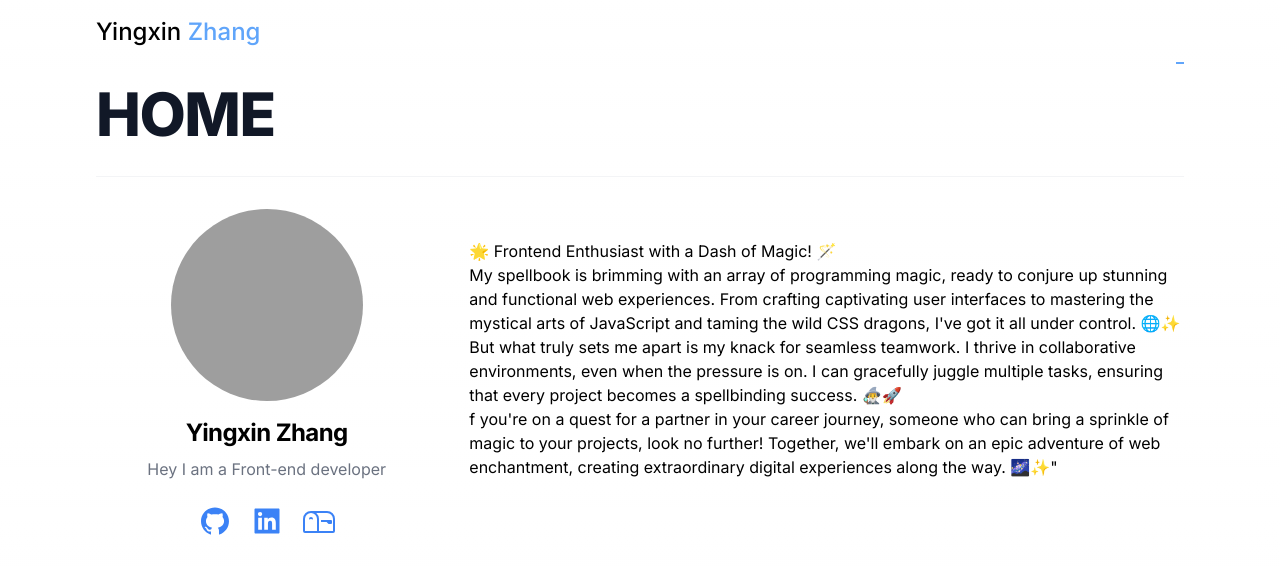
Repository: Tracy-maker/projects_collection
Page: /
The author's editor kept a copy of each file at every save. The page is drawn from the files as they stood at one save, then again after the next save.
The browser window is 1280 px wide. The pictures show the whole page.
Pictures or frames that could not be fetched are drawn as grey boxes. The project was rebuilt for these pictures with package versions that can differ from the ones it lists, and the page was loaded fresh each time. The framework's server and built-in components were replaced by stand-ins that run in the browser. Also part of the build but not shown: next.config.js.

Above is the page before, as saved 2023-09-14 18:46:13.

### app/layout.tsx
import "./globals.css";
import type { Metadata } from "next";
import { Inter } from "next/font/google";
import Navbar from "./components/NavBar";

const inter = Inter({ subsets: ["latin"] });

export const metadata: Metadata = {
  title: "Create Next App",
  description: "Generated by create next app",
};

export default function RootLayout({
  children,
}: {
  children: React.ReactNode;
}) {
  return (
    <html lang="en">
      <body
        className={`${inter.className} bg-white text-black dark:bg-[#090908] dark:text-white h-full selection:bg-gray-500 dark:selection:bg-gray-800`}
      >
        <Navbar />
        <main className="max-w-6xl mx-auto px-6 sm:px-8 lg:px-8">
          {children}
        </main>
      </body>
    </html>
  );
}

### app/page.tsx
import Image from "next/image";
import myImage from "../utils/1.JPG";

export default function Home() {
  return (
    <div className="divide-y divide-gray-100 dark:divide-gray-700">
      <div className="space-y-2 pt-5 pb-8 md:space-x-5">
        <h1 className="text-3xl font-extrabold leading-9 tracking-tight text-gray-900 dark:text-gray-100 sm:text-4xl sm:leading-10 md:text-6xl md:leading-13">
          HOME
        </h1>
      </div>
      <div className="items-center space-y-2 xl:grid xl:grid-cols-3 xl:gap-x-8 xl:space-y-0">
        <div className="flex flex-col items-center pt-8">
          <Image
            alt="picture of my"
            src={myImage}
            width={1260}
            height={750}
            className="h-48 w-48 rounded-full object-cover object-top"
          />
          <h3 className="pt-4 pb-2 text-2xl font-bold leading-8 tracking-tight">
            Yingxin Zhang
          </h3>
          <p className="text-gray-500 dark:text-gray-300 text-center">
            Hey I am a Front-end developer
          </p>
          <div className="flex space-x-5 pt-6">
            <a href="" target="_blank">
              <svg
                viewBox="0 0 1024 1024"
                fill="currentColor"
                className="w-8 h-8 text-blue-500"
              >
                <path d="M511.6 76.3C264.3 76.2 64 276.4 64 523.5 64 718.9 189.3 885 363.8 946c23.5 5.9 19.9-10.8 19.9-22.2v-77.5c-135.7 15.9-141.2-73.9-150.3-88.9C215 726 171.5 718 184.5 703c30.9-15.9 62.4 4 98.9 57.9 26.4 39.1 77.9 32.5 104 26 5.7-23.5 17.9-44.5 34.7-60.8-140.6-25.2-199.2-111-199.2-213 0-49.5 16.3-95 48.3-131.7-20.4-60.5 1.9-112.3 4.9-120 58.1-5.2 118.5 41.6 123.2 45.3 33-8.9 70.7-13.6 112.9-13.6 42.4 0 80.2 4.9 113.5 13.9 11.3-8.6 67.3-48.8 121.3-43.9 2.9 7.7 24.7 58.3 5.5 118 32.4 36.8 48.9 82.7 48.9 132.3 0 102.2-59 188.1-200 212.9a127.5 127.5 0 0138.1 91v112.5c.8 9 0 17.9 15 17.9 177.1-59.7 304.6-227 304.6-424.1 0-247.2-200.4-447.3-447.5-447.3z" />
              </svg>
            </a>
            <a href="" target="_blank">
              <svg
                viewBox="0 0 1024 1024"
                fill="currentColor"
                className="w-8 h-8 text-blue-500"
              >
                <path d="M880 112H144c-17.7 0-32 14.3-32 32v736c0 17.7 14.3 32 32 32h736c17.7 0 32-14.3 32-32V144c0-17.7-14.3-32-32-32zM349.3 793.7H230.6V411.9h118.7v381.8zm-59.3-434a68.8 68.8 0 1168.8-68.8c-.1 38-30.9 68.8-68.8 68.8zm503.7 434H675.1V608c0-44.3-.8-101.2-61.7-101.2-61.7 0-71.2 48.2-71.2 98v188.9H423.7V411.9h113.8v52.2h1.6c15.8-30 54.5-61.7 112.3-61.7 120.2 0 142.3 79.1 142.3 181.9v209.4z" />
              </svg>
            </a>

            <a href="" target="_blank">
              <svg
                fill="currentColor"
                viewBox="0 0 16 16"
                className="w-8 h-8 text-blue-500"
              >
                <path d="M4 4a3 3 0 00-3 3v6h6V7a3 3 0 00-3-3zm0-1h8a4 4 0 014 4v6a1 1 0 01-1 1H1a1 1 0 01-1-1V7a4 4 0 014-4zm2.646 1A3.99 3.99 0 018 7v6h7V7a3 3 0 00-3-3H6.646z" />
                <path d="M11.793 8.5H9v-1h5a.5.5 0 01.5.5v1a.5.5 0 01-.5.5h-1a.5.5 0 01-.354-.146l-.853-.854zM5 7c0 .552-.448 0-1 0s-1 .552-1 0a1 1 0 012 0z" />
              </svg>
            </a>
          </div>
        </div>
        <div className="prose max-w-none prose-lg pt-8 pb-7 dark:prose-invert xl:col-span-2">
          <p>🌟 Frontend Enthusiast with a Dash of Magic! 🪄</p>
          <p>
            My spellbook is brimming with an array of programming magic, ready
            to conjure up stunning and functional web experiences. From crafting
            captivating user interfaces to mastering the mystical arts of
            JavaScript and taming the wild CSS dragons, I've got it all under
            control. 🌐✨
          </p>
          <p>
            But what truly sets me apart is my knack for seamless teamwork. I
            thrive in collaborative environments, even when the pressure is on.
            I can gracefully juggle multiple tasks, ensuring that every project
            becomes a spellbinding success. 🧙‍♂️🚀
          </p>
          <p>
            f you're on a quest for a partner in your career journey, someone
            who can bring a sprinkle of magic to your projects, look no further!
            Together, we'll embark on an epic adventure of web enchantment,
            creating extraordinary digital experiences along the way. 🌌✨"
          </p>
        </div>
      </div>
    </div>
  );
}

### app/components/NavBar.tsx
"use client";

import Link from "next/link";
import { usePathname } from "next/navigation";

export default function Navbar() {
  let pathname = usePathname() || "/";
  return (
    <div className="max-w-6xl mx-auto px-4 sm:px-6 lg:px-8">
      <div className="flex justify-between h-16">
        <div className="flex justify-between w-full">
          <div className="flex items-center">
            <Link href="/">
              <h1 className="text-2xl font-medium">
                Yingxin <span className="text-blue-400">Zhang</span>
              </h1>
            </Link>
          </div>

          <div className="hidden sm:ml-6 sm:flex sm:space-x-8 sm:items-center">
            <Link
              href="/"
              prefetch
              className={`${
                pathname === "/"
                  ? "border-blue-400 dark:text-white h-full inline-flex items-center px-1 pt-1 border-b-2 text-sm font-medium"
                  : "border-transparent text-gray-500 dark:text-gray-300 dark:hover:text-white inline-flex items-center px-1 pt-1 border-b-2 text-sm font-medium"
              }`}
            ></Link>
          </div>
        </div>
      </div>
    </div>
  );
}

Loaded but not shown: app/globals.css (common file); tailwind.config.ts (common file)

After the next save:
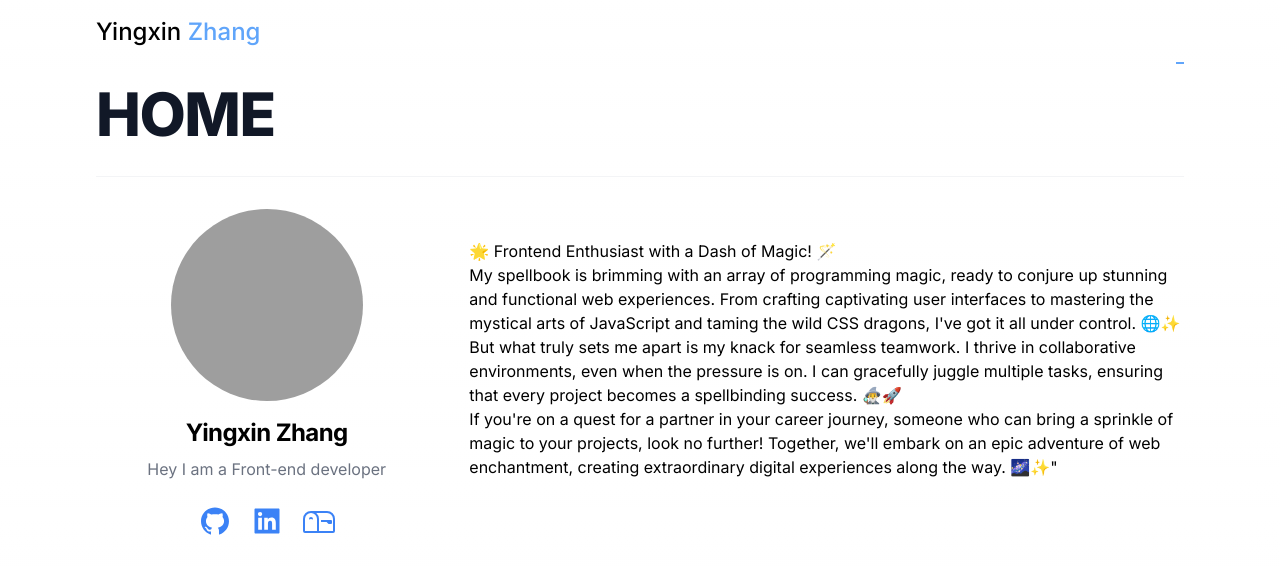
Saved 73 s later.
--- a/app/page.tsx
+++ b/app/page.tsx
@@ -72,7 +72,7 @@ export default function Home() {
             becomes a spellbinding success. 🧙‍♂️🚀
           </p>
           <p>
-            f you're on a quest for a partner in your career journey, someone
+            If you're on a quest for a partner in your career journey, someone
             who can bring a sprinkle of magic to your projects, look no further!
             Together, we'll embark on an epic adventure of web enchantment,
             creating extraordinary digital experiences along the way. 🌌✨"
